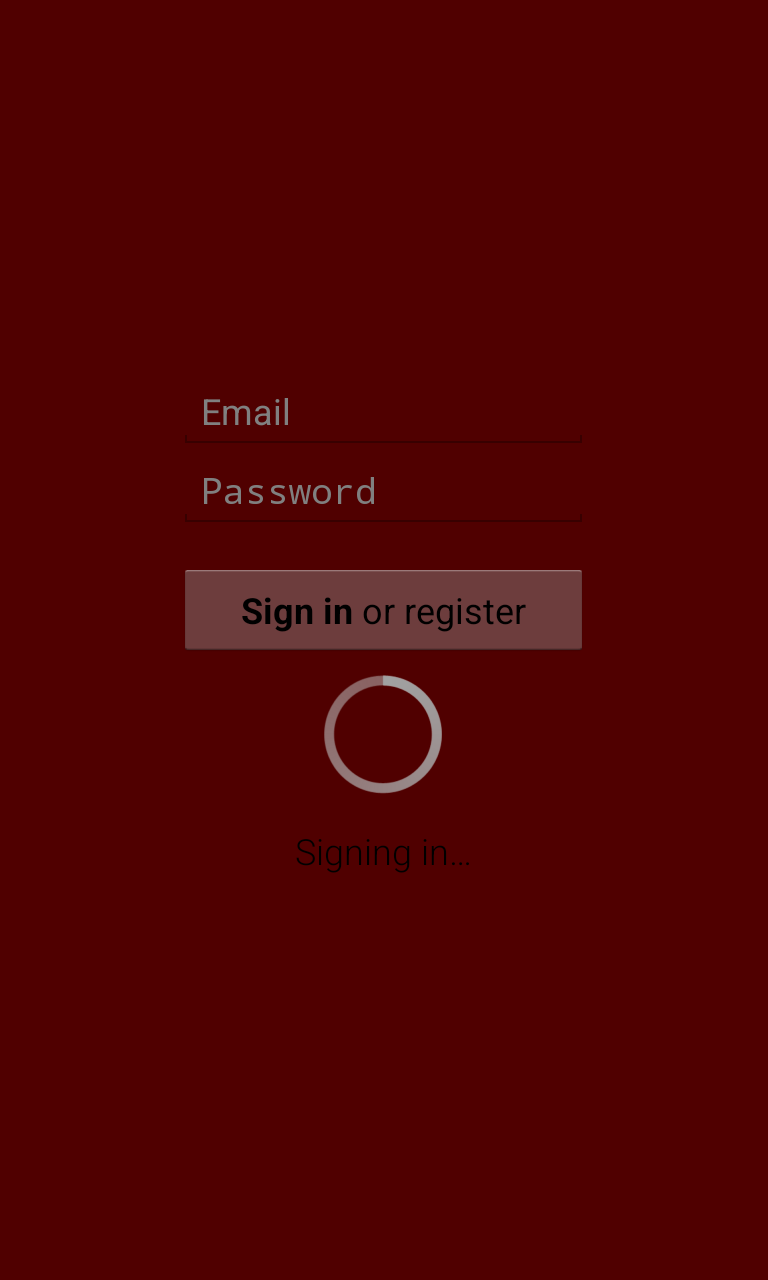
Repository: jannelg92/ANDROIDAPP
Layout: GEOINNOVATION/TAMUgis-dayEvents/res/layout/login.xml
These files come from the project's save history. The layout is drawn as it stood at one moment and after the next save; the edit follows.
It is drawn on a 768 x 1280 px phone screen (xhdpi) without system bars, with theme AppTheme; the app's code is not run.

Above is the layout before, as saved 2014-04-21 17:28:51.

After the next save:
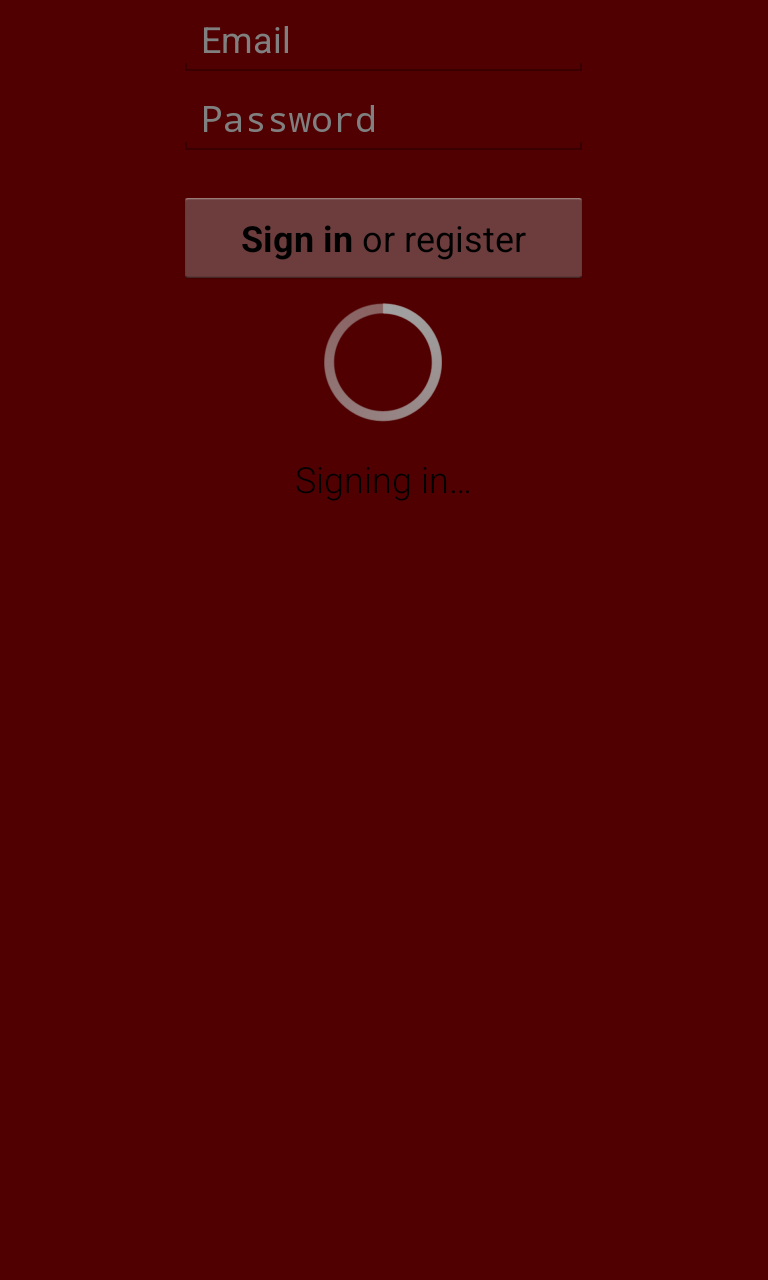
Saved 46 s later.
--- a/GEOINNOVATION/TAMUgis-dayEvents/res/layout/login.xml
+++ b/GEOINNOVATION/TAMUgis-dayEvents/res/layout/login.xml
@@ -2,13 +2,10 @@
 <LinearLayout xmlns:android="http://schemas.android.com/apk/res/android"
     android:layout_width="match_parent"
     android:layout_height="match_parent"
-    android:orientation="vertical" >
-    <ScrollView xmlns:android="http://schemas.android.com/apk/res/android"
-    android:layout_width="match_parent"
-    android:layout_height="match_parent"
+    android:orientation="vertical"
     android:id="@+id/login_form"
-    android:background="@color/maroon"
-     >
+    android:background="@color/maroon" >
+
 
         <!-- Login form -->
     <LinearLayout
@@ -70,8 +67,4 @@
         </LinearLayout>
 
 
-
-
-</ScrollView>
-
 </LinearLayout>
